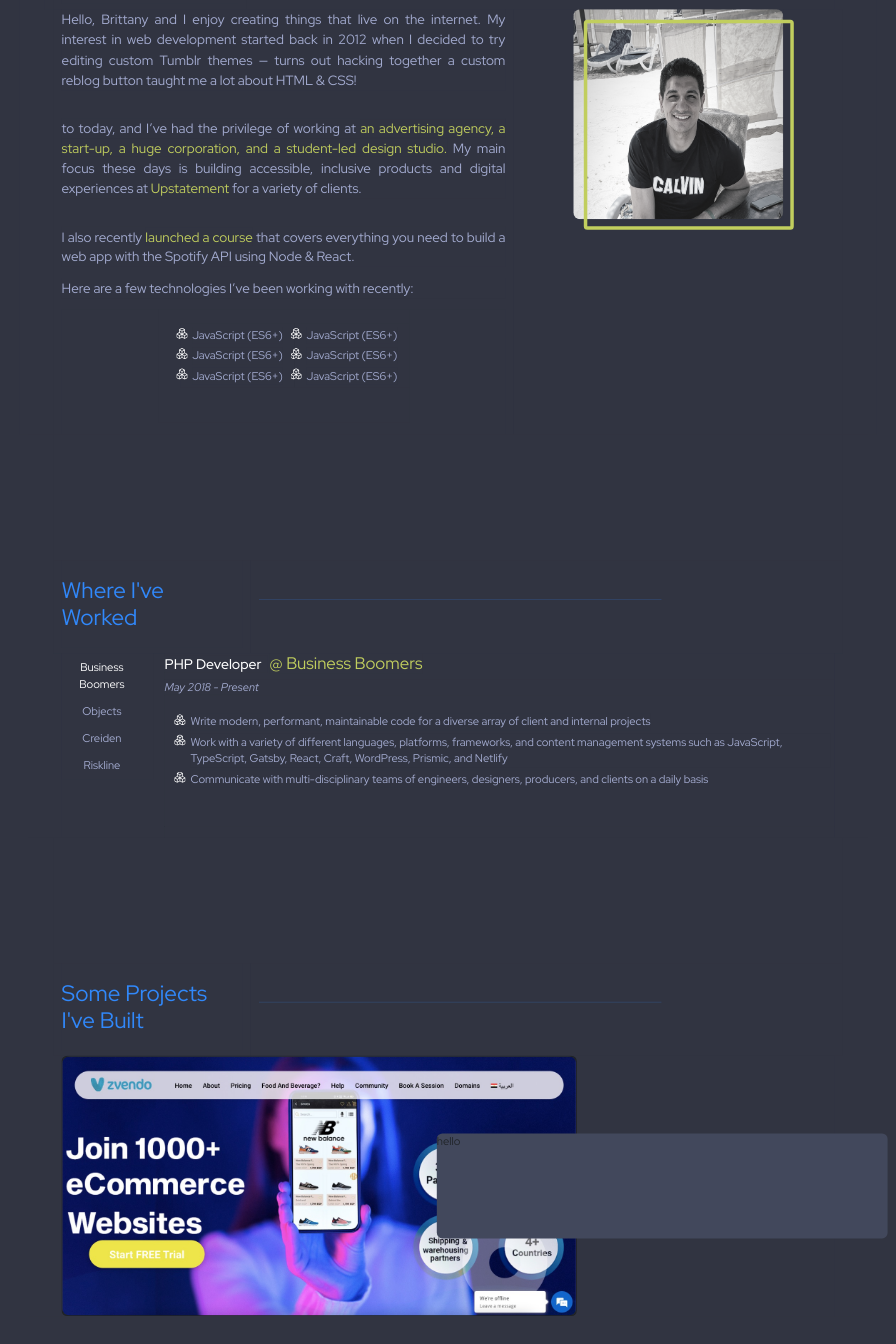
Repository: aya7abbal/Talaat-s-Portfolio
Page: index.html
An editor plug-in stored every save of this project. The page is shown before and after the next save, followed by the edit.
The browser window is 1280 px wide. The pictures show the part of the page from y = 943 to 2863 px (the page is 2863 px tall), at 70% of full size.
Some web libraries are served in a nearby version. The style sheet was rebuilt from its Sass, Less or Tailwind sources for each picture, by a compiler version that may differ from the author's.

Above is the page before, as saved 2022-02-07 19:13:33.

After the next save:
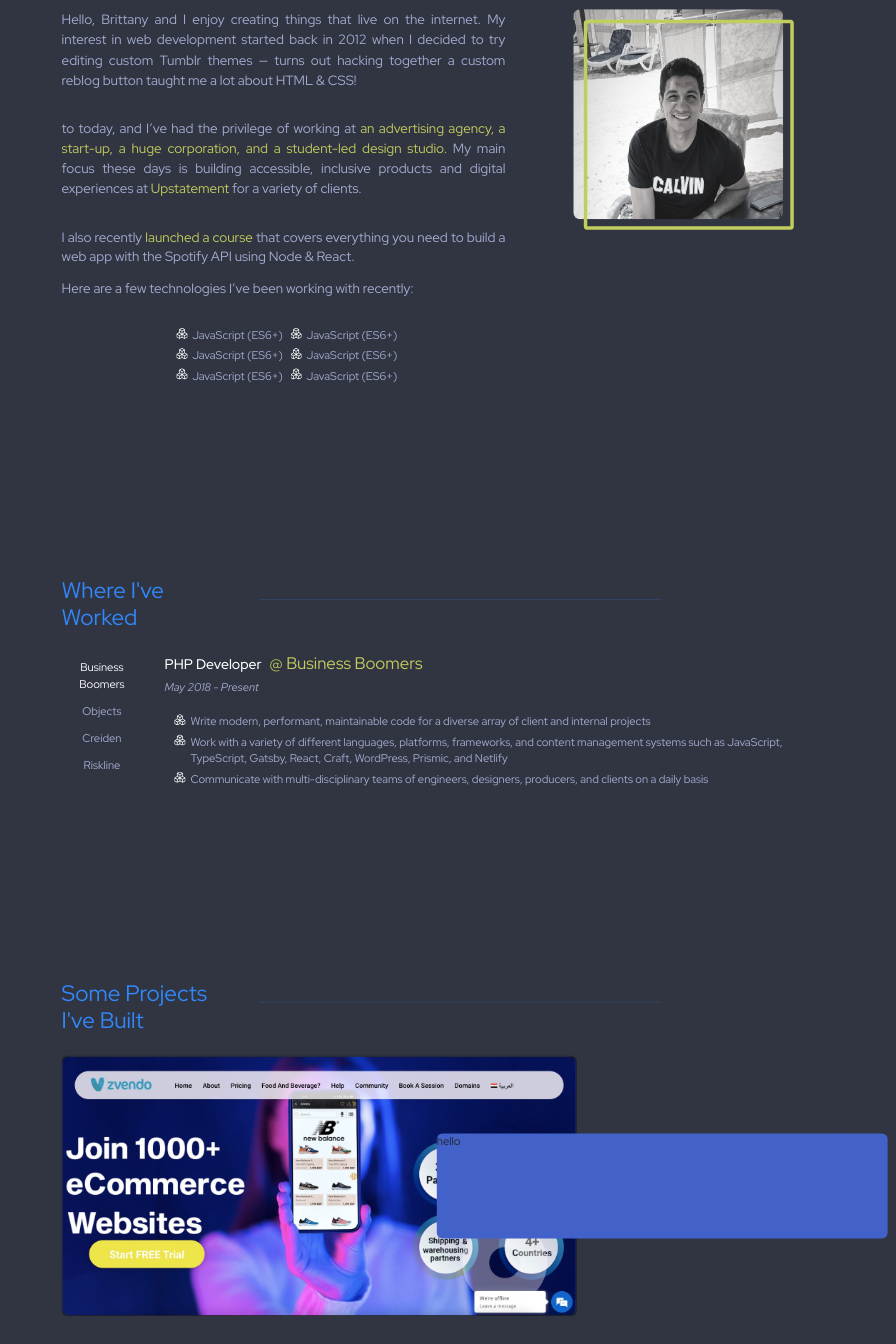
Saved 54 s later.
--- a/styles/variables/_colors.scss
+++ b/styles/variables/_colors.scss
@@ -1,6 +1,6 @@
 :root{
     --navy:#313441;
-    --lnavy:#42485c;
+    --lnavy:#4362c9;
     --lgreen:#c1ce5e;
     --grey:#A4A6BF;
     --bblue:hsl(220, 47%, 62%);
